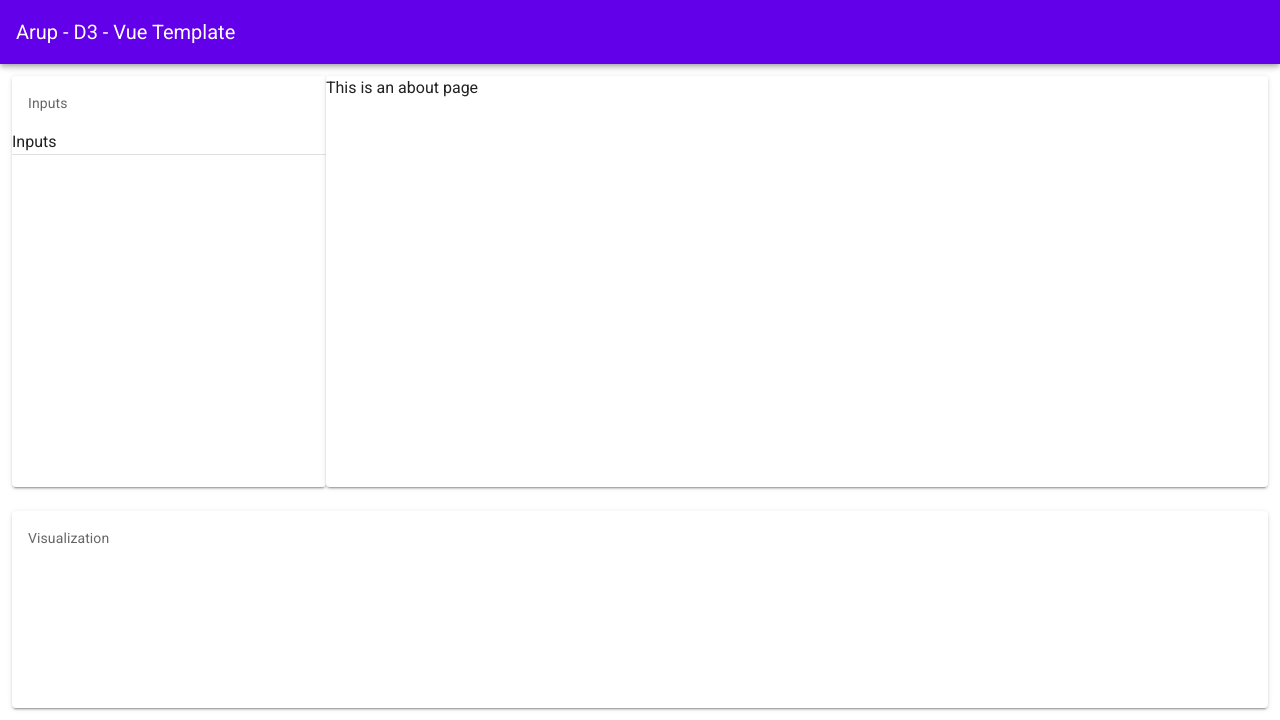
Repository: NathanielPerkins/Vue-d3-esri-template
Page: /about
These files come from the project's save history. The page is drawn as it stood at one moment and after the next save; the edit follows.
The browser window is 1280 px wide. The pictures show the whole page.
The project was rebuilt for these pictures with package versions that can differ from the ones it lists, and the page was loaded fresh each time. Also part of the build but not shown: vue.config.js, src/components/Webmap.vue.

Above is the page before, as saved 2020-04-17 15:37:55.

### src/App.vue
<template>
  <v-app>
    <div>
    <v-app-bar
      app
      color="deep-purple accent-4"
      dark
    >
    <v-toolbar-title>Arup - D3 - Vue Template</v-toolbar-title>
    </v-app-bar>
  </div>
    <v-content class='fill-height'>
      <v-container fluid class='fill-height ma-0'>
        <v-row dense no-gutters class='top-row'>
          <v-col cols='3'>
            <Input class='fill-height' />
          </v-col>
          <v-col cols='9'>
            <v-card class="fill-height">
              <router-view class='fill-height'></router-view>
            </v-card>
          </v-col>
        </v-row>
        <v-row class='bottom-row'>
          <v-col cols='12'>
            <v-card class="fill-height">
              <v-card-text>
                <div>Visualization</div>
              </v-card-text>
            </v-card>
            <!-- test -->
          </v-col>
        </v-row>
      </v-container>
      <!-- <router-view></router-view> -->
    </v-content>
  </v-app>
</template>

<script>
import Input from './components/Input.vue'

export default {
  name: 'App',

  components: {
    Input
  },

  data: () => ({
    //
  }),
};
</script>
<style>
html,body {
  margin: 0;
  padding: 0;
  height: 100%;
  width: 100%;
}
#app {
  display: flex;
  flex-direction: column;
  padding: 0;
  margin: 0;
  width: 100%;
  height: 100%;
}
.flexcard {
  display: flex;
  flex-direction: row;
  height: 100%;
}
.top-row {
  height: 65%
}
.bottom-row {
  height: 35%
}
.flexcard .v-toolbar {
  flex: 0;
}
</style>

### src/components/Input.vue
<template>
  <v-card class='fill-height'>
    <v-card-text>Inputs</v-card-text>
    <div>Inputs</div>
    <v-divider></v-divider>
  </v-card>
</template>

<script>

export default {

};

</script>

<style scoped>

</style>

### src/views/Home.vue
<template>
  <div id="app">
    <web-map />
  </div>
</template>

<script>
// @ is an alias to /src
import WebMap  from '@/components/Webmap.vue'

export default {
  name: 'Home',
  components: {
    WebMap
  }
}
</script>

<style>
html,body {
  margin: 0;
  padding: 0;
  height: 100%;
  width: 100%;
}
#app {
  display: flex;
  flex-direction: column;
  padding: 0;
  margin: 0;
  width: 100%;
  height: 100%;
}
</style>

### src/views/About.vue
<template>
  <div>
    This is an about page
  </div>
</template>

Loaded but not shown: public/index.html (common file); src/main.js (common file); src/router/index.js (common file); src/store/index.js (common file); src/plugins/vuetify.js (common file)

After the next save:
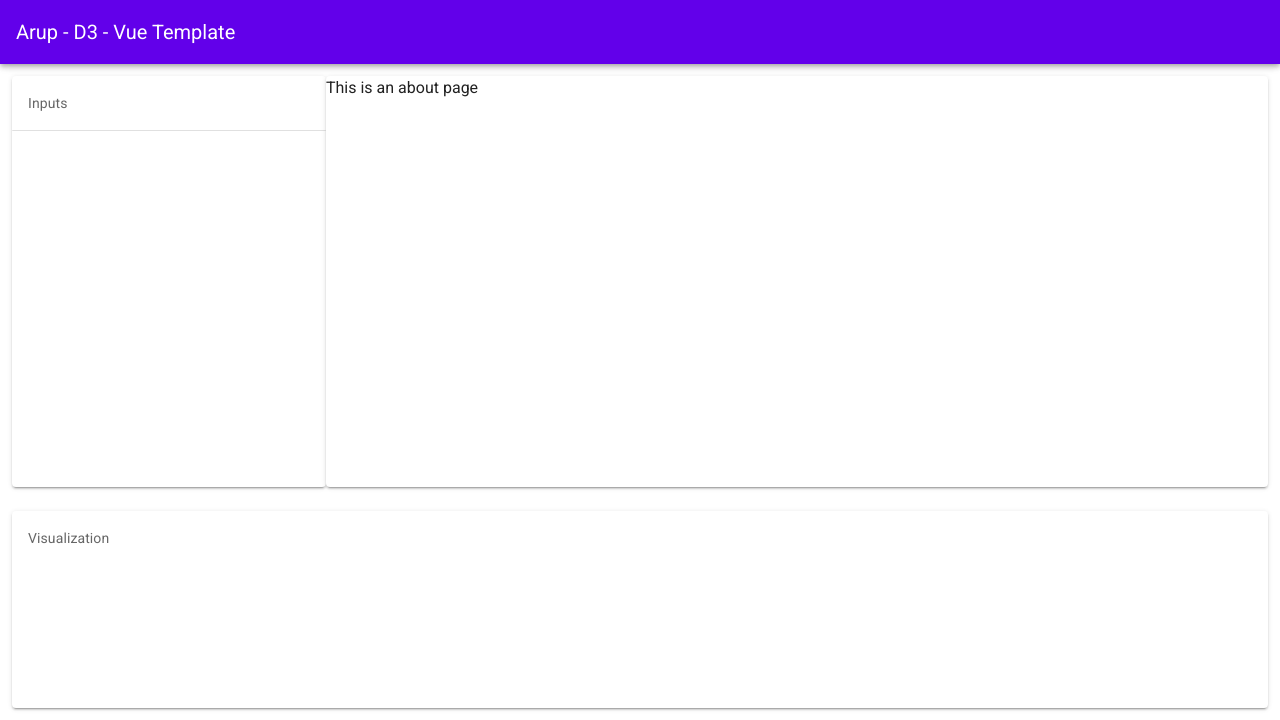
Saved 19 s later.
--- a/src/components/Input.vue
+++ b/src/components/Input.vue
@@ -1,7 +1,6 @@
 <template>
   <v-card class='fill-height'>
     <v-card-text>Inputs</v-card-text>
-    <div>Inputs</div>
     <v-divider></v-divider>
   </v-card>
 </template>
